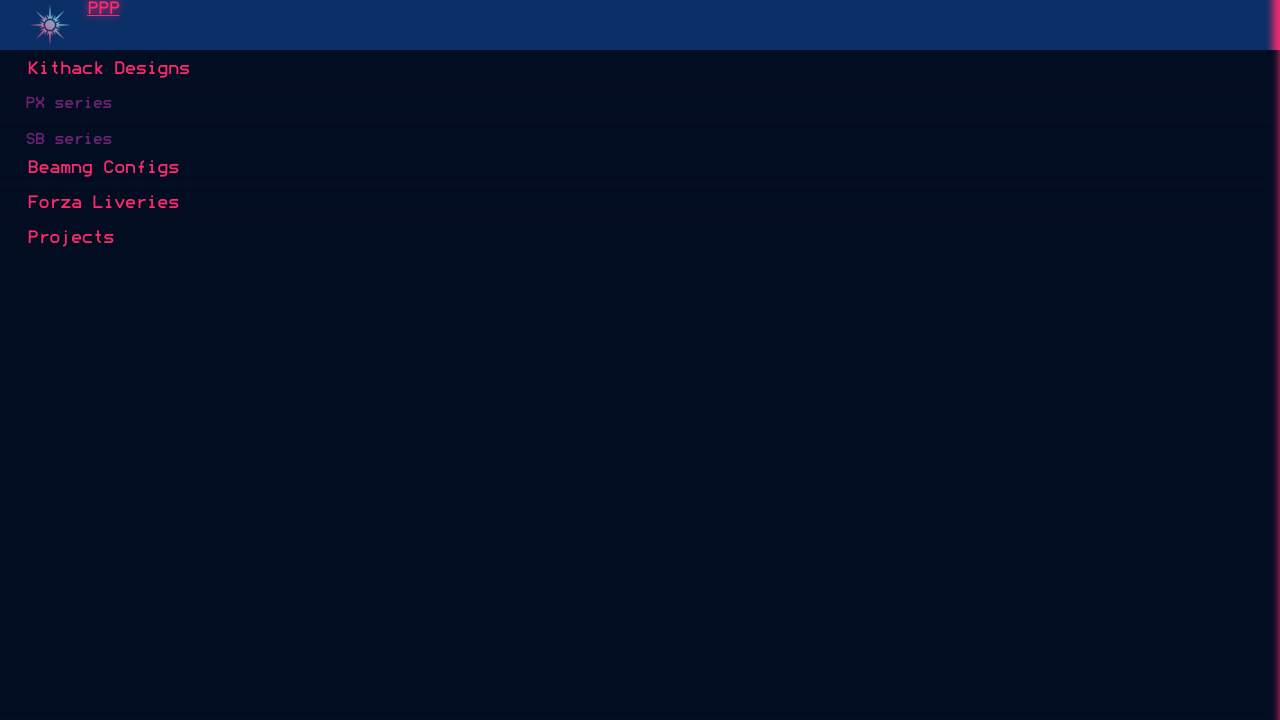
Repository: Pamishly/PamishlysPlayPlace
Page: navbar.html
The author's editor kept a copy of each file at every save. The page is drawn from the files as they stood at one save, then again after the next save.
The browser window is 1280 px wide. The pictures show the whole page.

Above is the page before, as saved 2024-09-11 21:16:28.

### navbar.html

<ul>
    <input type="radio" name="menu" id="ppp">
    <li class="sitename">
        <a href="./homepage.html"  target="_top"><label for="edit" class="title"><i class="fa fa-ppp"></i><img src="./logo.png">PPP</label></a>
    </li>
    <input type="radio" name="menu" id="kithack" checked>
    <li>
        <label for="kithack" class="title"><i class="fa fa-kithack"></i>Kithack Designs</label>
        <a  class="sidebutton" href="./KitHackHTML/PXseries.html" target="_top">PX series</a>
        <a  class="sidebutton" href="./KitHackHTML/SBseries.html" target="_top">SB series</a>
    </li>
    <input type="radio" name="menu" id="beamng">
    <li>
        <label for="beamng" class="title"><i class="fa fa-beamng" target="_top"></i>Beamng Configs</label>
        <a class="sidebutton" href="./BeamngHTML/dune-builds.html" target="_top">Dune Builds</a>
        <a class="sidebutton" href="./BeamngHTML/street-builds.html" target="_top">Street Builds</a>
        <a class="sidebutton" href="./BeamngHTML/derby-builds.html" target="_top">Derby Builds</a>
        <a class="sidebutton" href="./BeamngHTML/speed-builds.html" target="_top">Top Speed Builds</a>
    </li>
    <input type="radio" name="menu" id="preferences">
    <li>
        <label for="preferences" class="title"><i class="fa fa-gears"></i>Forza Liveries</label>
        <a class="sidebutton" href="./ForzaHTML/Horizon5.html" target="_top">Horizon 5</a>
    </li>
    <input type="radio" name="menu" id="projects">
    <li>
        <label for="projects" class="title"><i class="fa fa-projects"></i>Projects</label>
        <a class="sidebutton" href="./ProjectsHTML/PiProjects.html" target="_top">Pi Projects</a>
    </li>
</ul>

<link rel="stylesheet" href="main.css">

### main.css
* {
	margin: 0;
	padding: 0;
	box-sizing: border-box;
}
body {
	font-family: Headers;
    background-color: #030D22;
    box-shadow: inset -8px 0 8px -8px #ff2a6d;
}
@font-face {
	font-family: Headers;
	src: url("Modenine-2OPd.ttf");
	font-weight: bold;
}
.container {
	width: 100%;
	height: 100%;
}
nav {
	position: fixed;
	display: flex;
	align-items: flex-start;
	width: 12%;
	height: 100%;
	background-color: #111;
}
main {
	position: fixed;
	right: 0;
	width: 88.1%;
	height: 100%;
	background: url("Background.png");
	overflow: auto;
	padding: 40px;
    color: cyan;
}
h1 {
	font-weight: bold;
	margin-bottom: 50px;
	font-size: 55px;
	text-align: center;
    color: cyan;
}
p {
	margin-bottom: 20px;
	line-height: 26px;
    font-size: 24px;
    text-align: center;
    color: cyan;
}
li, ul label.title, ul, a {
	width: 100%;
	color: #ff2a6d;
	font-family: Headers;
	display: block;
	font-weight: bold;
}
ul label {
	height: 35px;
    box-shadow: inset -8px 0 8px -8px #ff2a6d;
}
ul li{
	height: 35px;
	overflow: hidden;
	transition: all .3s;
}
li {
	display: block;
	background:#030D22;
}
label.title {
    text-align: left;
	font-size: 18px;
	background:#030D22;
	padding: 10px 15px;
	cursor: pointer;
    transition: all .25s;
    overflow: hidden;
}
.sidebutton{
	font-size: 16px;
	text-decoration: none;
	color: #722276;
	display: block;
	padding: 10px 25px;
	transition: all .25s;
    box-shadow: inset -8px 0 8px -8px #ff2a6d;
	font-family: Headers;
}
.sidebutton:hover {
    box-shadow: inset -15px 0 8px -8px #ff2a6d;
	text-shadow: 0px 0px 10px #ff2a6d;
	background: #0A2F66;
	color: #FF23BC;
}
label:hover {
	text-shadow: 0px 0px 10px #ff2a6d;
	background: #0A2F66;
    box-shadow: inset -15px 0 8px -8px #ff2a6d;
}
input[type="radio"] {
	display: none;
}
.sitename{
	height:50px;
}
.sitename label {
	height: 50px;
	padding: 0px 25px;
}
.sitename img{
	float:left;
}
#ppp:checked + li {
	height: 0px;
}
#preferences:checked + li {
    height: 67px;
}
#beamng:checked + li {
    height: 163px;
}
#kithack:checked + li {
    height: 99px;
}
#projects:checked + li {
    height: 67px;
}
i {
	margin-right: 12px;
}
@media screen and (max-width: 600px){
	nav {
		width: 100%;
		position: relative;
	}
	main {
		width: 100%;
		position: relative;
	}
}
.card{
    position: relative;
    display: flex;
    flex-flow: column nowrap;
    width: 350px;
    height: 550px;
    border: solid cyan;
    text-align: center;
    margin: 15px;
	text-decoration: none;
	font-weight: unset;
	font-family: monospace;
	color: cyan;
}
.cardcontainer{
    display: flex;
    flex-flow: row wrap;
    align-content: space-around;
    justify-content: center;
    width:75%;
    margin-left: 12.5%;
}
.card img{
    width: auto;
    align-content: flex-start;
    justify-content: center;
}
.card p{
    padding: 15px;
    align-content: center;
    justify-content: center;
	margin-bottom: 20px;
	line-height: 26px;
    font-size: 24px;
    text-align: center;
    color: cyan;
}
.card:hover{
	background:#00aeff2c;
}
.card > h3{
	font-size: 24px;
	font-family: Headers;
}
iframe{
	width:100%;
	height:100%;
}
iframe[seamless]{
    background-color: transparent;
    border: 0px none transparent;
    padding: 0px;
    overflow: hidden;
}
.dwn-button{
	position: relative;
    display: flex;
    flex-flow: column nowrap;
    width: 150px;
    height: 70px;
    border: solid cyan;
    text-align: center;
    margin: 15px;
	font-weight: unset;
	font-family: monospace;
	color: cyan;
    left: 50%;
    transform: translate(-61%,100%);
}
.dwn-button:hover {
    background: darkcyan;
}
.dwn-button p{
	padding-top: 15px;
}
.information{
	display: flex;
	flex-flow: column nowrap;
}
.information p {
	margin-bottom: 20px;
	line-height: 26px;
    font-size: 24px;
	justify-content: center;
    color: cyan;
}
.information img {
	width: 600px;
	border: cyan 5px solid;
	align-self: center;
}
.information h1 {
	justify-content: center;
}
.main {
    -ms-overflow-style: none;  /* Internet Explorer 10+ */
    scrollbar-width: none;  /* Firefox */
}
.main::-webkit-scrollbar {
    display: none;  /* Safari and Chrome */
}

After the next save:
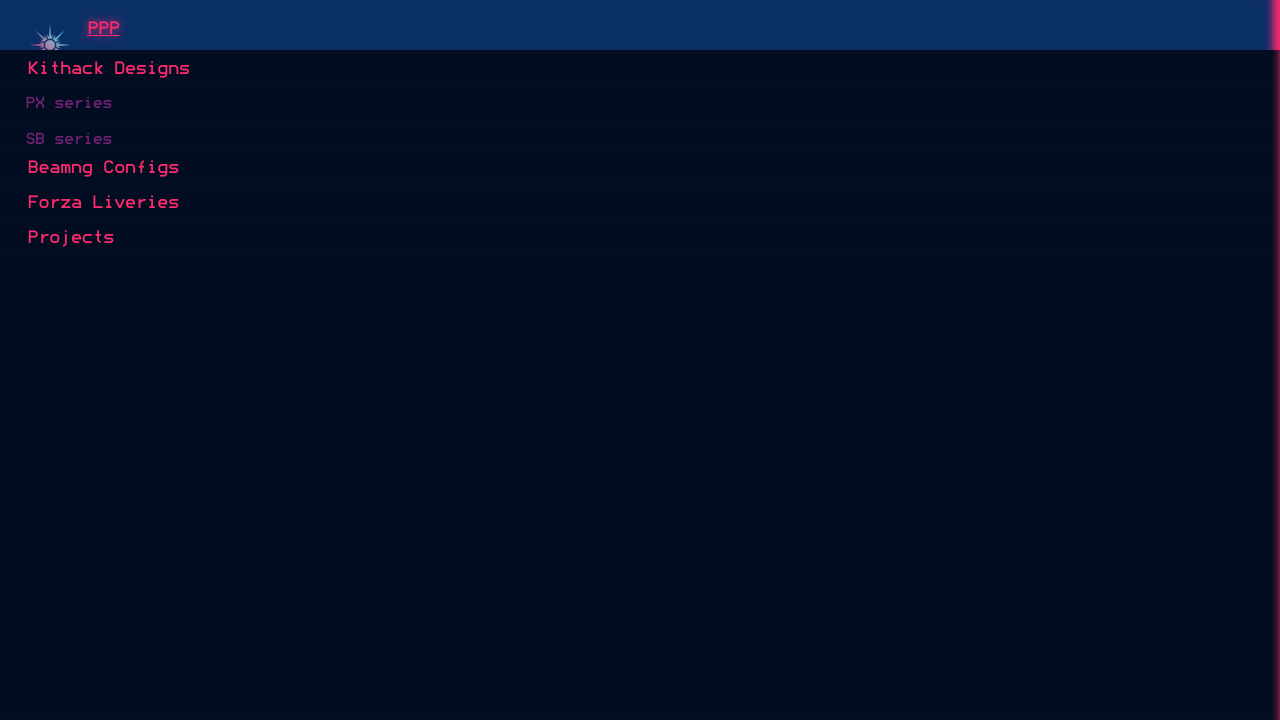
Saved 13 s later.
--- a/main.css
+++ b/main.css
@@ -107,7 +107,7 @@
 }
 .sitename label {
 	height: 50px;
-	padding: 0px 25px;
+	padding: 20px 25px;
 }
 .sitename img{
 	float:left;
